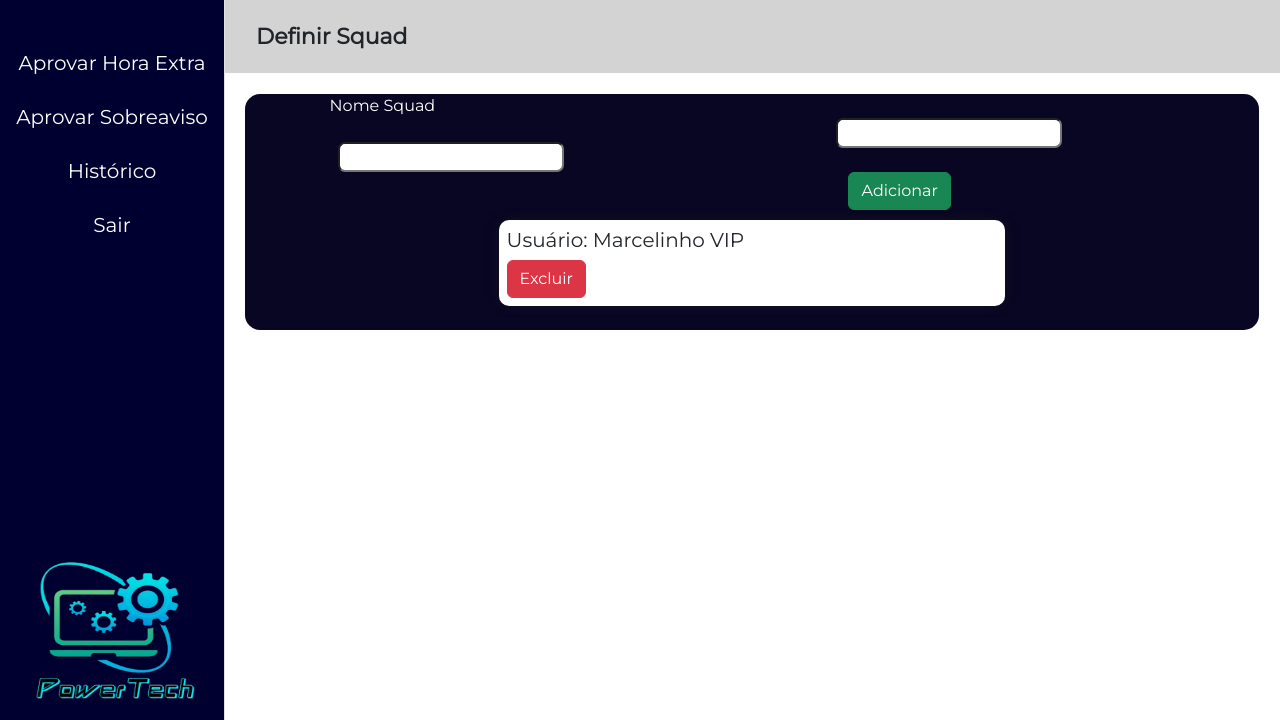
Repository: PowerTech-Fatec/API-2RP-NET
Page: /adm/squad (app in Sprint 3/2rp-web/)
The author's editor kept a copy of each file at every save. The page is drawn from the files as they stood at one save, then again after the next save.
The browser window is 1280 px wide. The pictures show the whole page.
The project was rebuilt for these pictures with package versions that can differ from the ones it lists, and the page was loaded fresh each time. Also part of the build but not shown: Sprint 3/2rp-web/src/pages/login/login.js, Sprint 3/2rp-web/src/pages/home/dashboard.js, Sprint 3/2rp-web/src/pages/home/sobreaviso/sobreaviso.css, Sprint 3/2rp-web/src/pages/home/sobreaviso/sobreaviso.js, Sprint 3/2rp-web/src/pages/home/hora-extra/hora-extra.css, Sprint 3/2rp-web/src/pages/home/hora-extra/hora-extra.js, Sprint 3/2rp-web/src/components/cards/Cards.js, Sprint 3/2rp-web/src/pages/home/gestor/aprovar-hora-extra/gestor.js and 3 more.

Above is the page before, as saved 2022-11-02 16:56:36.

After the next save:
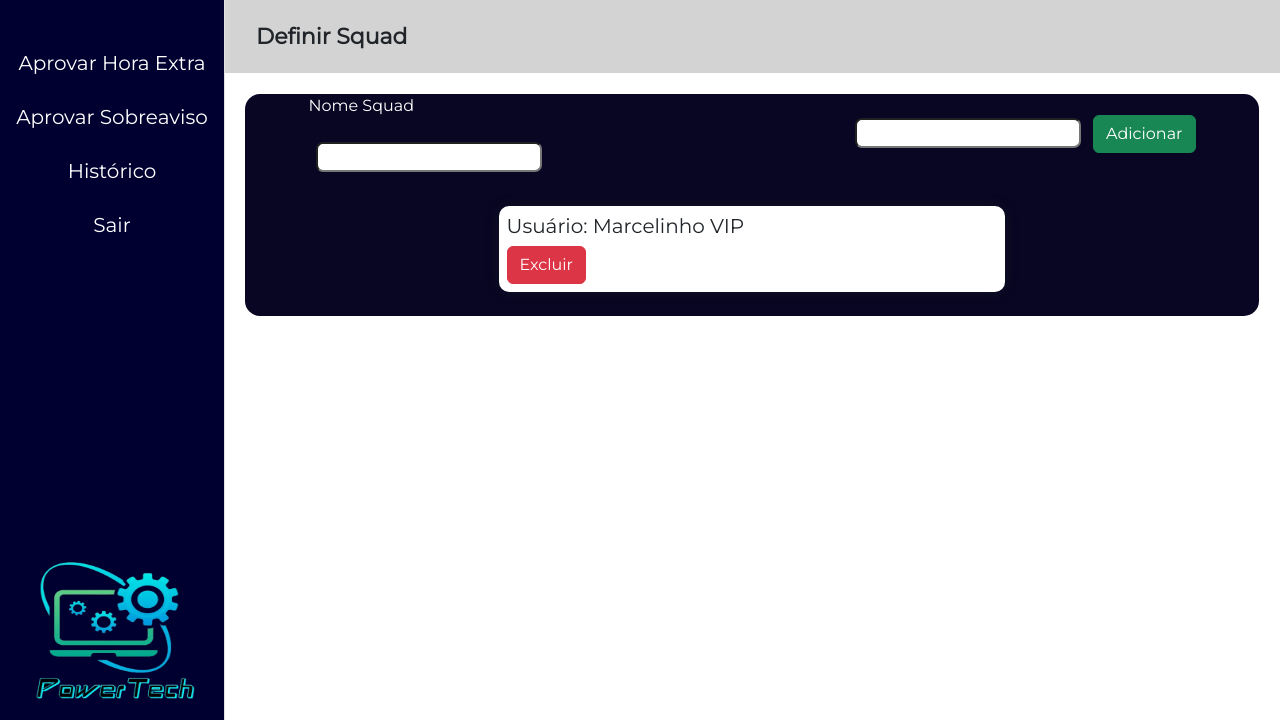
Saved 11 s later.
--- a/Sprint 3/2rp-web/src/pages/home/adm/squad/def-squad.js
+++ b/Sprint 3/2rp-web/src/pages/home/adm/squad/def-squad.js
@@ -25,7 +25,7 @@
 
 
 
-            <div className="col-4 d-flex justify-content-end">
+            <div className="col-5 d-flex justify-content-end">
             <span>
             <input className="squad-name mt-4 mb-4"></input><button type="button" class="btn btn-success ml-3">Adicionar</button>
             </span>

After the save that followed:
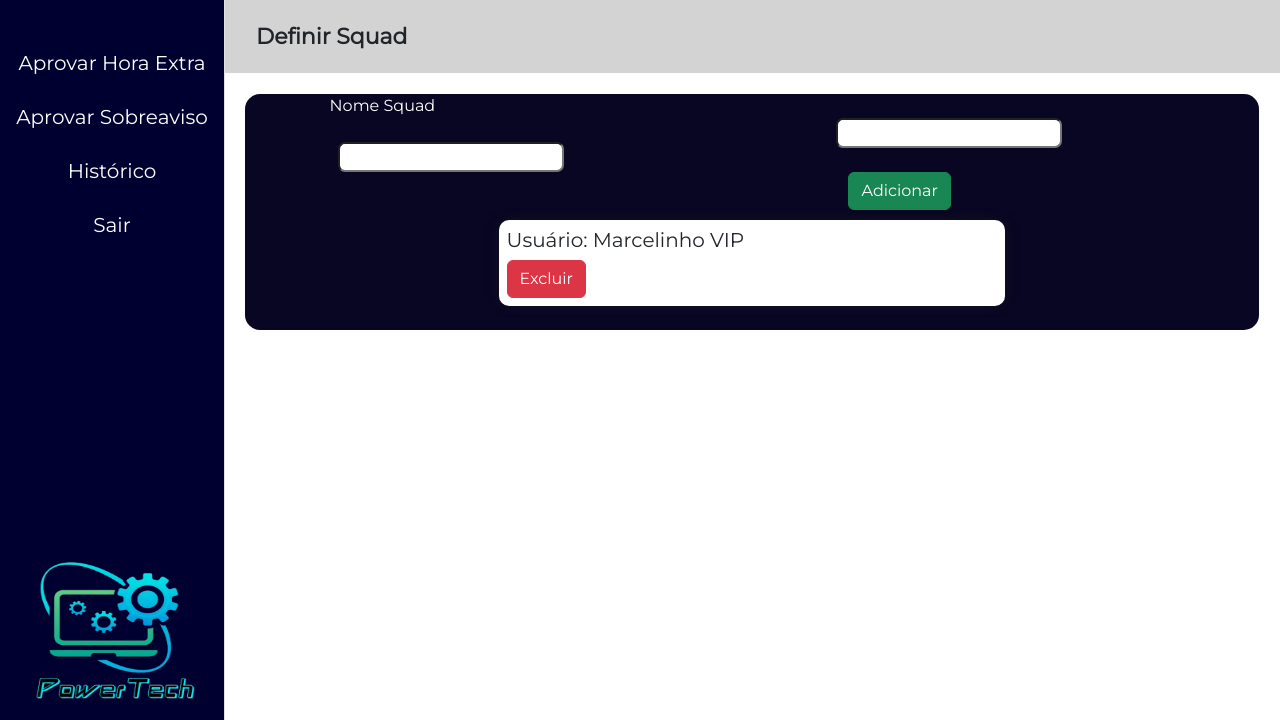
Saved 12 s later.
--- a/Sprint 3/2rp-web/src/pages/home/adm/squad/def-squad.js
+++ b/Sprint 3/2rp-web/src/pages/home/adm/squad/def-squad.js
@@ -25,7 +25,7 @@
 
 
 
-            <div className="col-5 d-flex justify-content-end">
+            <div className="col-4 d-flex justify-content-end">
             <span>
             <input className="squad-name mt-4 mb-4"></input><button type="button" class="btn btn-success ml-3">Adicionar</button>
             </span>
